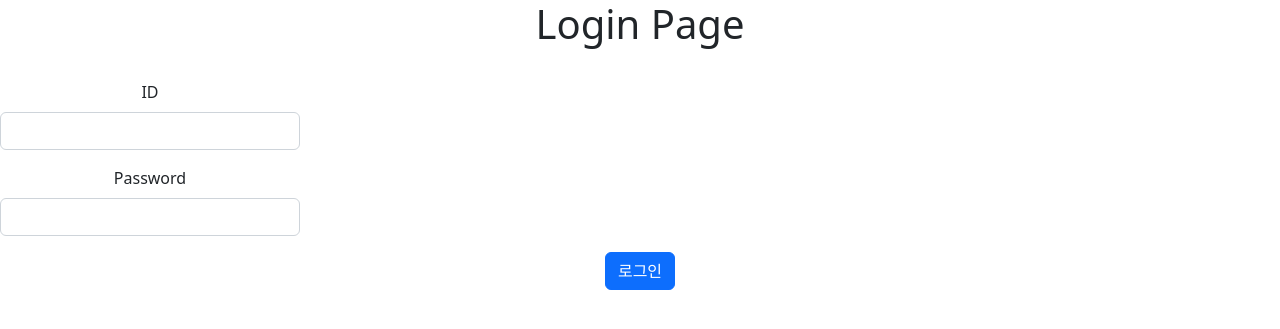
Repository: novemberjj/jsp
Page: http://localhost/jsp_project4/member/login.jsp
These files come from the project's save history. The page is drawn as it stood at one moment and after the next save; the edit follows.
The browser window is 1280 px wide. The pictures show the whole page.
The page is served by Tomcat 9.

Above is the page before, as saved 2023-05-31 01:18:34.

After the next save:
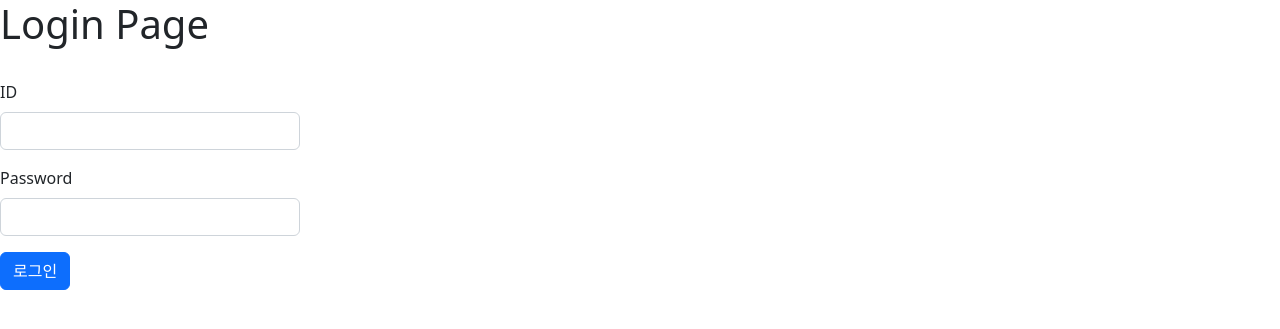
Saved 15 s later.
--- a/jsp_project4/jsp_project4/src/main/webapp/member/login.jsp
+++ b/jsp_project4/jsp_project4/src/main/webapp/member/login.jsp
@@ -7,11 +7,11 @@
 <title>Login Page</title>
 <link href="https://cdn.jsdelivr.net/npm/bootstrap@5.2.3/dist/css/bootstrap.min.css" rel="stylesheet" integrity="sha384-rbsA2VBKQhggwzxH7pPCaAqO46MgnOM80zW1RWuH61DGLwZJEdK2Kadq2F9CUG65" crossorigin="anonymous">
 </head>
-<body style="text-align: center">
+<body>
 <script src="https://cdn.jsdelivr.net/npm/bootstrap@5.2.3/dist/js/bootstrap.bundle.min.js" integrity="sha384-kenU1KFdBIe4zVF0s0G1M5b4hcpxyD9F7jL+jjXkk+Q2h455rYXK/7HAuoJl+0I4" crossorigin="anonymous"></script>
 <h1>Login Page</h1>
 <br>
-<div style="text-align: center">
+
 <form action="/mem/login_auth" method="post" >
   <div class="mb-3" style="width: 300px"  >
     <label for="exampleInputEmail1" class="form-label">ID</label>
@@ -23,6 +23,6 @@
   </div>
   <button type="submit" class="btn btn-primary">로그인</button>
 </form>
-</div>
+
 </body>
 </html>
